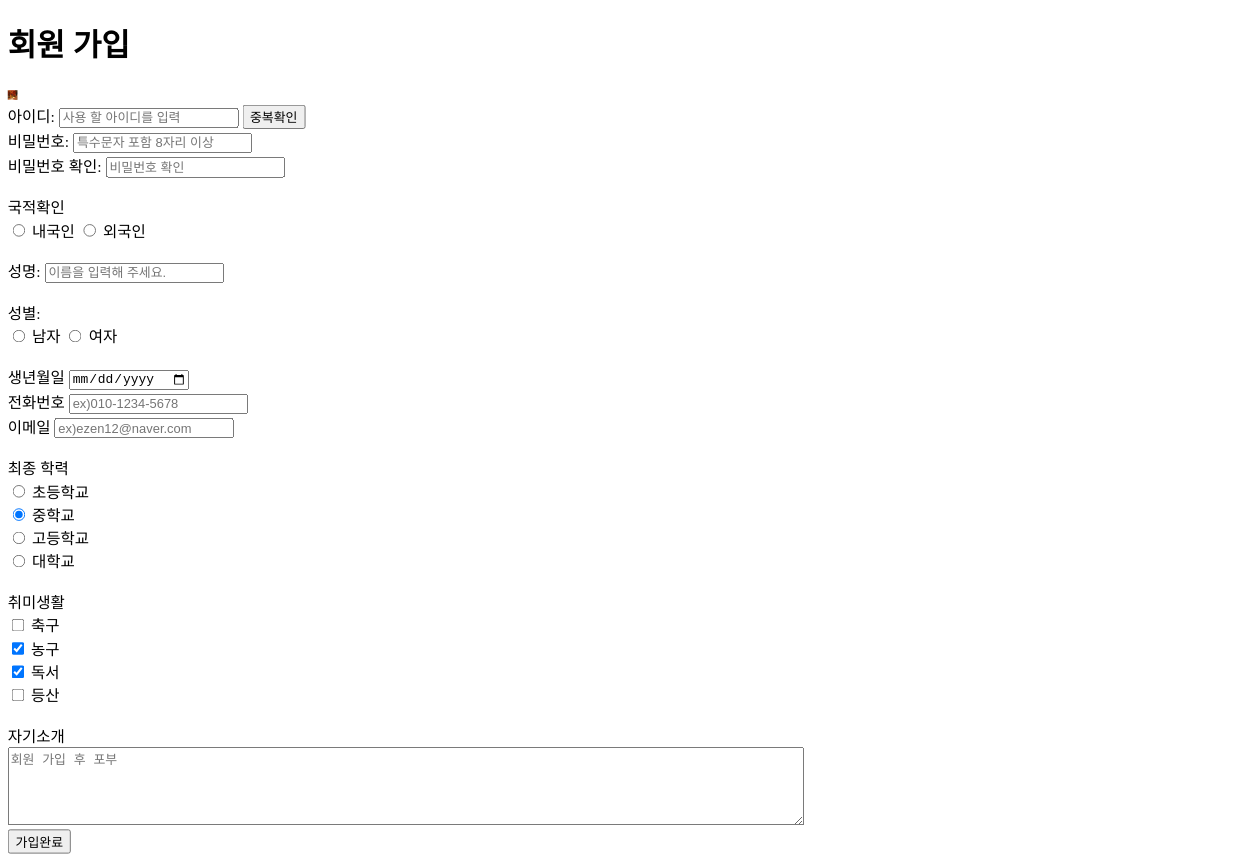
Repository: Chojaejun/javastudy
Page: HelloWorld/WebContent/Test5.html
The author's editor kept a copy of each file at every save. The page is drawn from the files as they stood at one save, then again after the next save.
The browser window is 1280 px wide. The pictures show the whole page, at 97% of full size.

Above is the page before, as saved 2020-12-07 03:58:40.

### HelloWorld/WebContent/Test5.html
<!DOCTYPE html>
<html>
<head>
<meta charset="UTF-8">
<title>회원가입 페이지</title>
</head>
<body>
<h1>회원 가입</h1> <img alt="4k 이미지" src="test.jpg" width="10" height="10">
<form action="Test6.html" method="post">
<label for="id">아이디: </label>
<input id="id" name="id" placeholder="사용 할 아이디를 입력">
<button> 중복확인</button>
<br>
<label for="ps1">비밀번호: </label>
<input id="ps1" type="password" name="ps1" placeholder="특수문자 포함 8자리 이상">
<br>
<label for="ps2">비밀번호 확인: </label>
<input id="ps2" type="password" name="ps2" placeholder="비밀번호 확인">
<br>
<br>
<label>국적확인</label>
<br>
<input id="kor" type="radio" name="kor" value="kor">
<label for="kor">내국인</label>
<input id="uss" type="radio" name="kor" value="uss">
<label for="uss">외국인</label>
<br>
<br>
<label for="name">성명: </label>
<input id="name" name="name" placeholder="이름을 입력해 주세요.">
<br>
<br>
<label>성별: </label>
<br>
<input id="men" type="radio" name="gen" value="men">
<label for="men">남자</label>
<input id="women" type="radio" name="gen" value="women">
<label for="women">여자</label>
<br>
<br>
<label for="birth">생년월일</label>
<input id="birth" type="date" name="birth">
<br>
<label for="tel">전화번호</label>
<input id="tel" type="tel" name="tel" placeholder="ex)010-1234-5678">
<br>
<label for="email">이메일</label>
<input id="email" type="email" name="email" placeholder="ex)ezen12@naver.com">
<br>
<br>
<label>최종 학력</label>
<br>
<input id="es" type="radio" name="school" value="es">
<label for="es">초등학교</label>
<br>
<input id="ms" type="radio" name="school" value="ms" checked>
<label for="ms">중학교</label>
<br>
<input id="hs" type="radio" name="school" value="hs">
<label for="hs">고등학교</label>
<br>
<input id="us" type="radio" name="school" value="us">
<label for="us">대학교</label>
<br>
<br>
<label>취미생활</label>
<br>
<input id="so" type="checkbox" name="hobby" value="soccer">
<label for="so">축구</label>
<br>
<input id="ba" type="checkbox" name="hobby" value="basketball" checked>
<label for="ba">농구</label>
<br>
<input id="re" type="checkbox" name="hobby" value="read" checked>
<label for="re">독서</label>
<br>
<input id="cl" type="checkbox" name="hobby" value="climb">
<label for="cl">등산</label>
<br>
<br>
<label>자기소개</label>
<br>
<textarea rows="5" cols="100" name="myint" placeholder="회원 가입 후 포부"></textarea>




<br>
<input type="submit" value="가입완료">







</form>

</body>
</html>

After the next save:
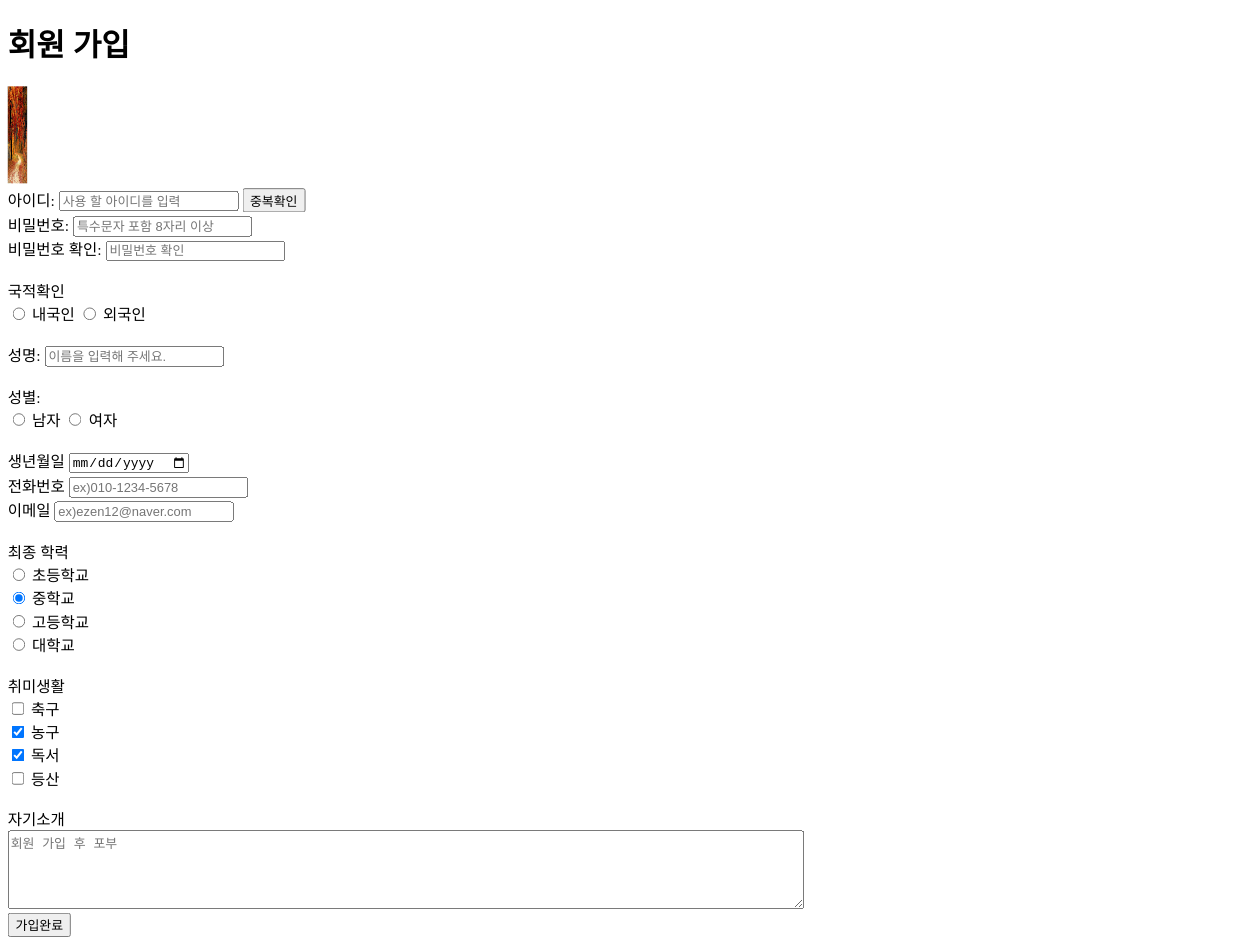
Saved 22 s later.
--- a/HelloWorld/WebContent/Test5.html
+++ b/HelloWorld/WebContent/Test5.html
@@ -5,7 +5,8 @@
 <title>회원가입 페이지</title>
 </head>
 <body>
-<h1>회원 가입</h1> <img alt="4k 이미지" src="test.jpg" width="10" height="10">
+<h1>회원 가입</h1>
+<img alt="4k 이미지" src="test.jpg" width="20" height="100">
 <form action="Test6.html" method="post">
 <label for="id">아이디: </label>
 <input id="id" name="id" placeholder="사용 할 아이디를 입력">
